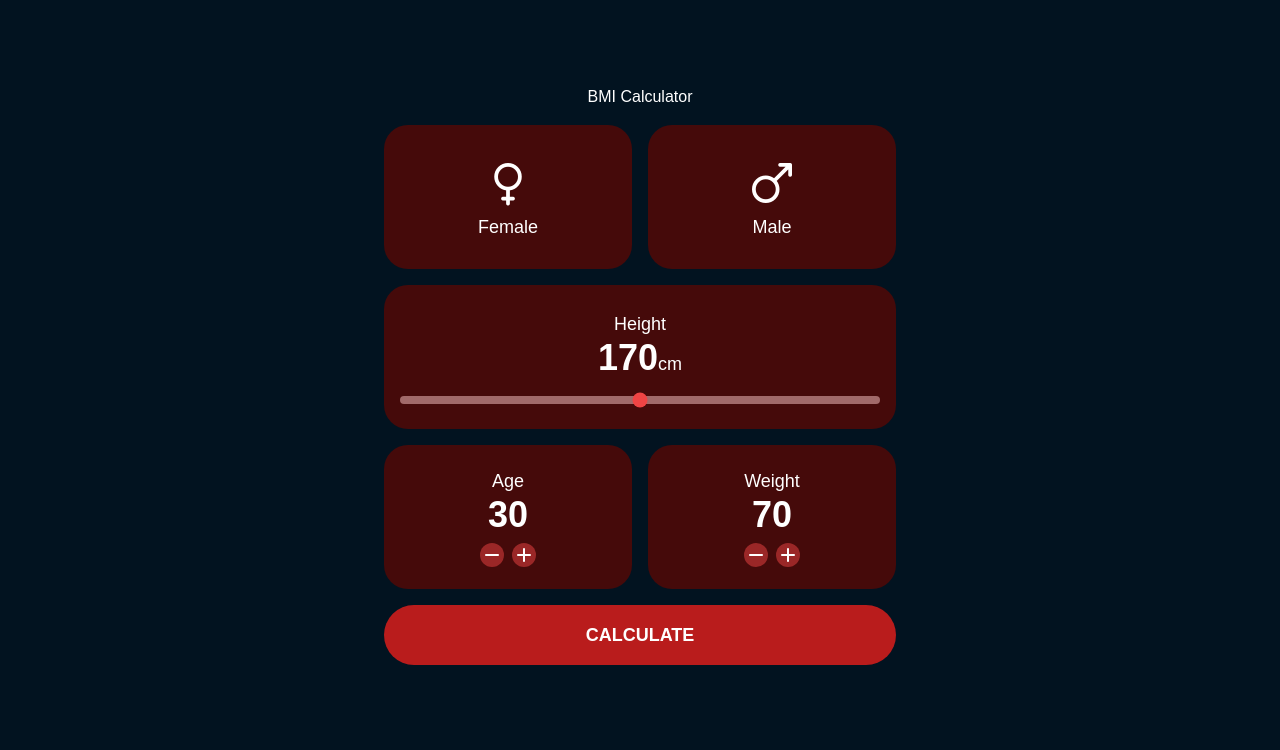
Repository: mikelCabezas/angular-exercices
Page: / (app in BMI-calculator/)
An editor plug-in stored every save of this project. The page is shown before and after the next save, followed by the edit.
The browser window is 1280 px wide. The pictures show the whole page.
The project was rebuilt for these pictures with package versions that can differ from the ones it lists, and the page was loaded fresh each time. Also part of the build but not shown: BMI-calculator/angular.json.

Above is the page before, as saved 2023-09-16 13:03:18.

After the next save:
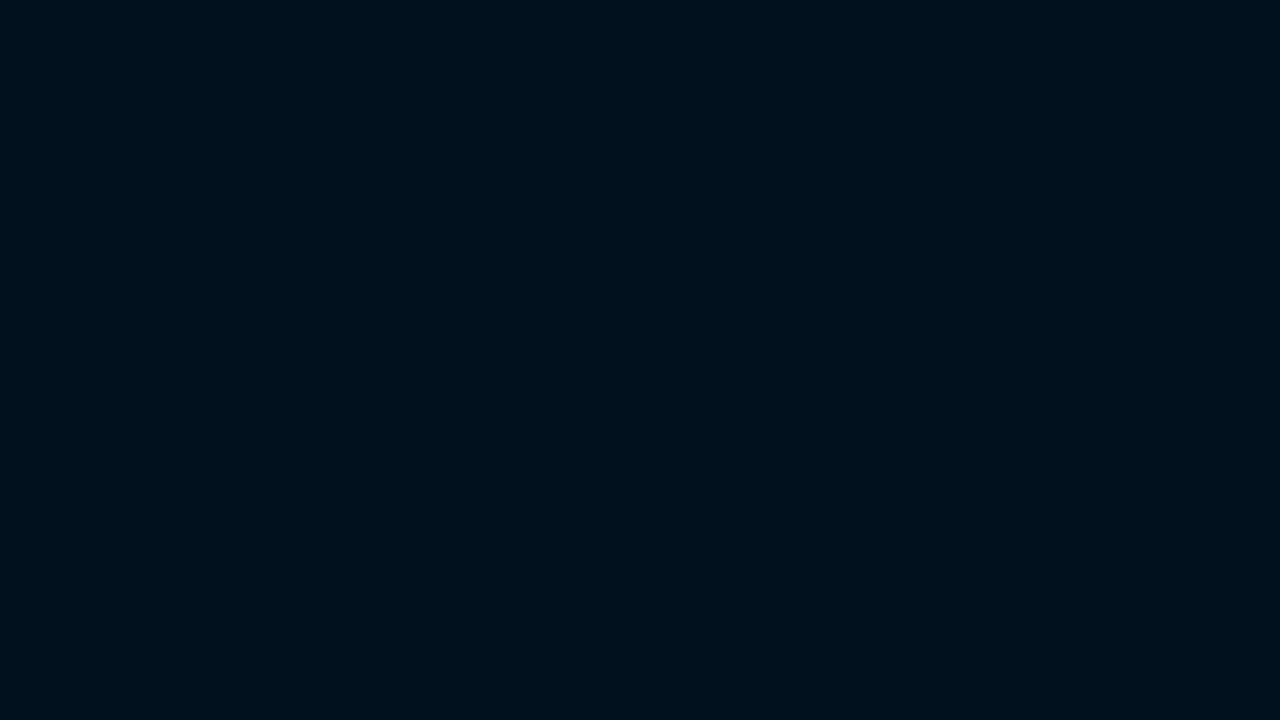
Saved 60 s later.
--- a/BMI-calculator/src/app/components/result/result.component.html
+++ b/BMI-calculator/src/app/components/result/result.component.html
@@ -2,7 +2,7 @@
     <h2>BMI Result</h2>
     <div class="grid grid-cols-12 gap-4 w-full">
         <div class="column-12-container min-h-[400px] bg-red-950 cursor-pointer">
-            <h2 class="text-3xl mb-6">{{result}}</h2>
+            <h2 class="text-3xl mb-6" [ngClass]="bmi < 25 : 'text-green-500">{{result}}</h2>
             <h3 class="text-6xl font-bold mb-6">{{bmi}}</h3>
             <p class="text-xl">{{interpretation}}</p>
         </div>

After the 2 saves that followed:
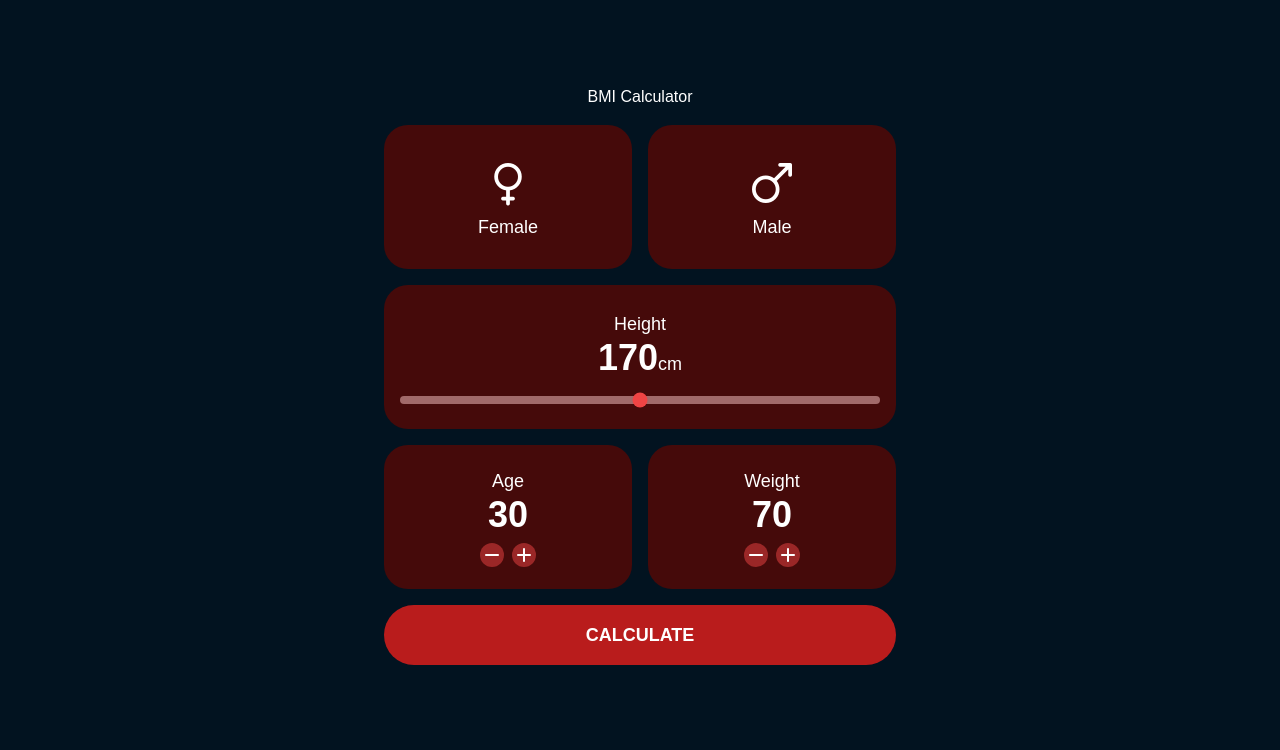
The 2 saves are shown as one change because 1 left the picture as it was.
The last was saved 74 s later.
--- a/BMI-calculator/src/app/components/result/result.component.html
+++ b/BMI-calculator/src/app/components/result/result.component.html
@@ -2,7 +2,7 @@
     <h2>BMI Result</h2>
     <div class="grid grid-cols-12 gap-4 w-full">
         <div class="column-12-container min-h-[400px] bg-red-950 cursor-pointer">
-            <h2 class="text-3xl mb-6" [ngClass]="bmi < 25 : 'text-green-500">{{result}}</h2>
+            <h2 class="text-3xl mb-6" [ngClass]="{'text-green-500' : bmi < 25}">{{result}}</h2>
             <h3 class="text-6xl font-bold mb-6">{{bmi}}</h3>
             <p class="text-xl">{{interpretation}}</p>
         </div>
